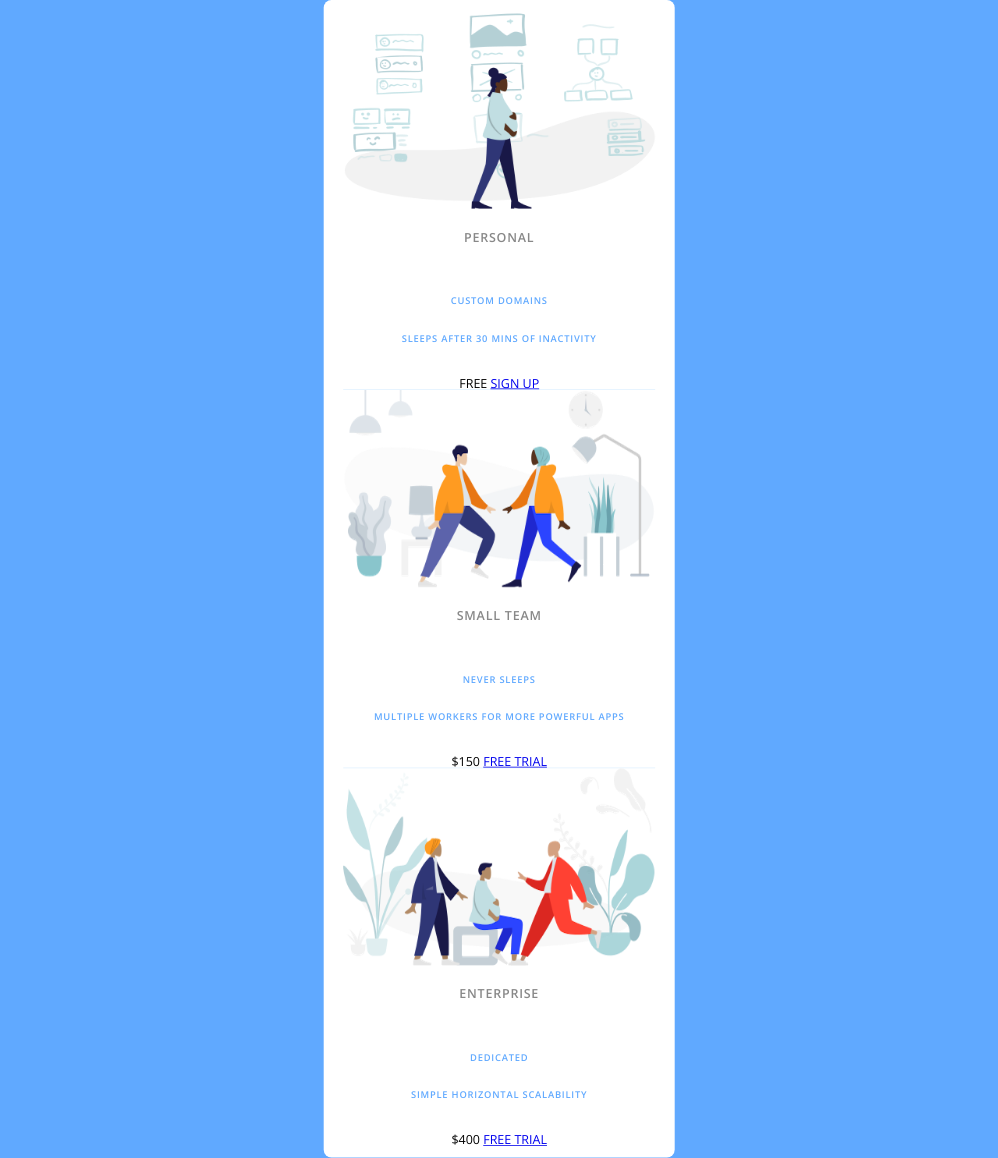
Repository: fatehailey/Pricing-Panel
Page: index.html
These files come from the project's save history. The page is drawn as it stood at one moment and after a run of saves; the edit follows.
The browser window is 1280 px wide. The pictures show the whole page, at 78% of full size.

Above is the page before, as saved 2022-09-05 20:21:04.

After the next 7 saves:
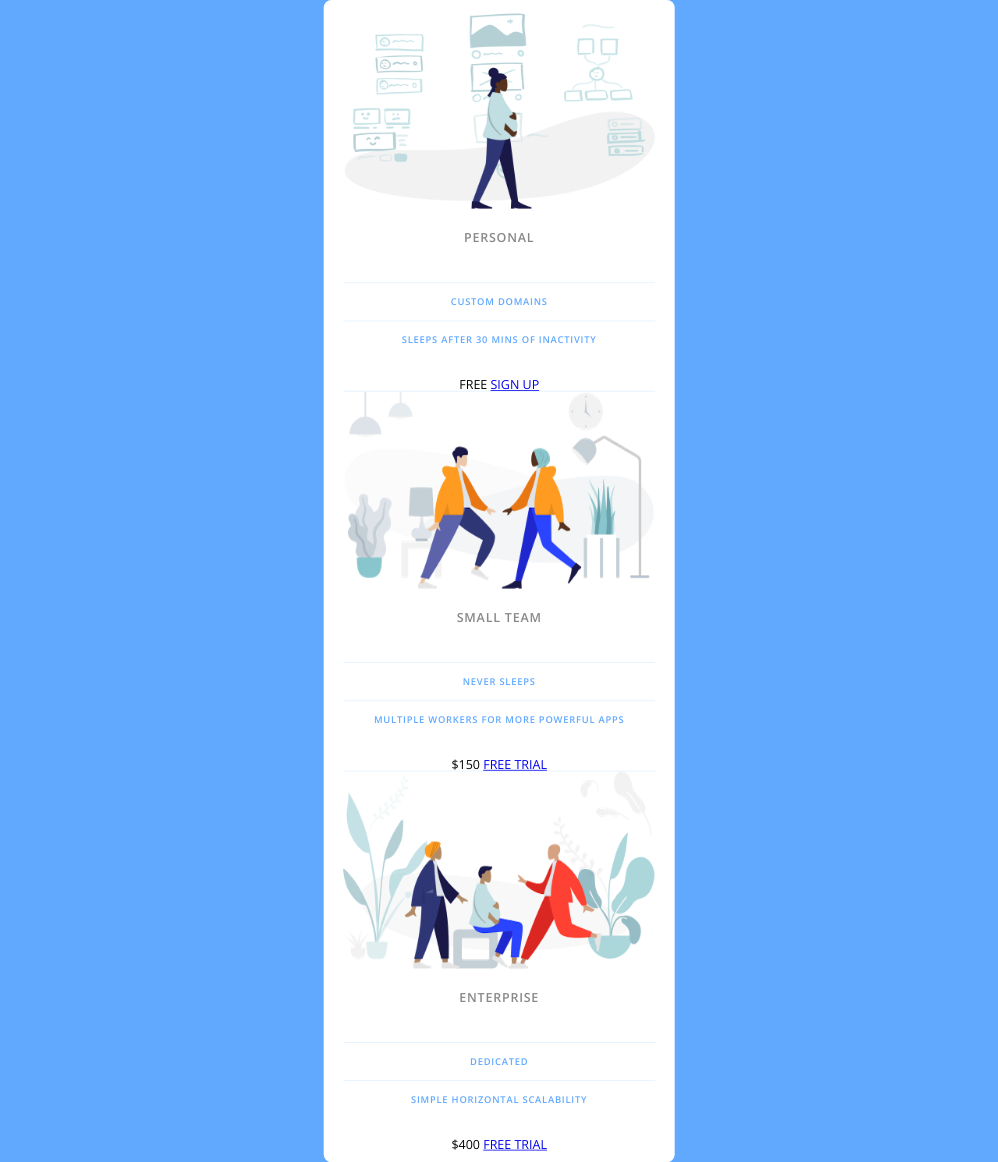
The 7 saves are shown as one change because they came seconds apart.
The last was saved 18 s later.
--- a/app.css
+++ b/app.css
@@ -97,5 +97,5 @@
     font-size: 12px;
     line-height: 1.5;
     padding: 15px 0;
-    bord
+    border-top: 1px solid #e1f1ff;
 }
